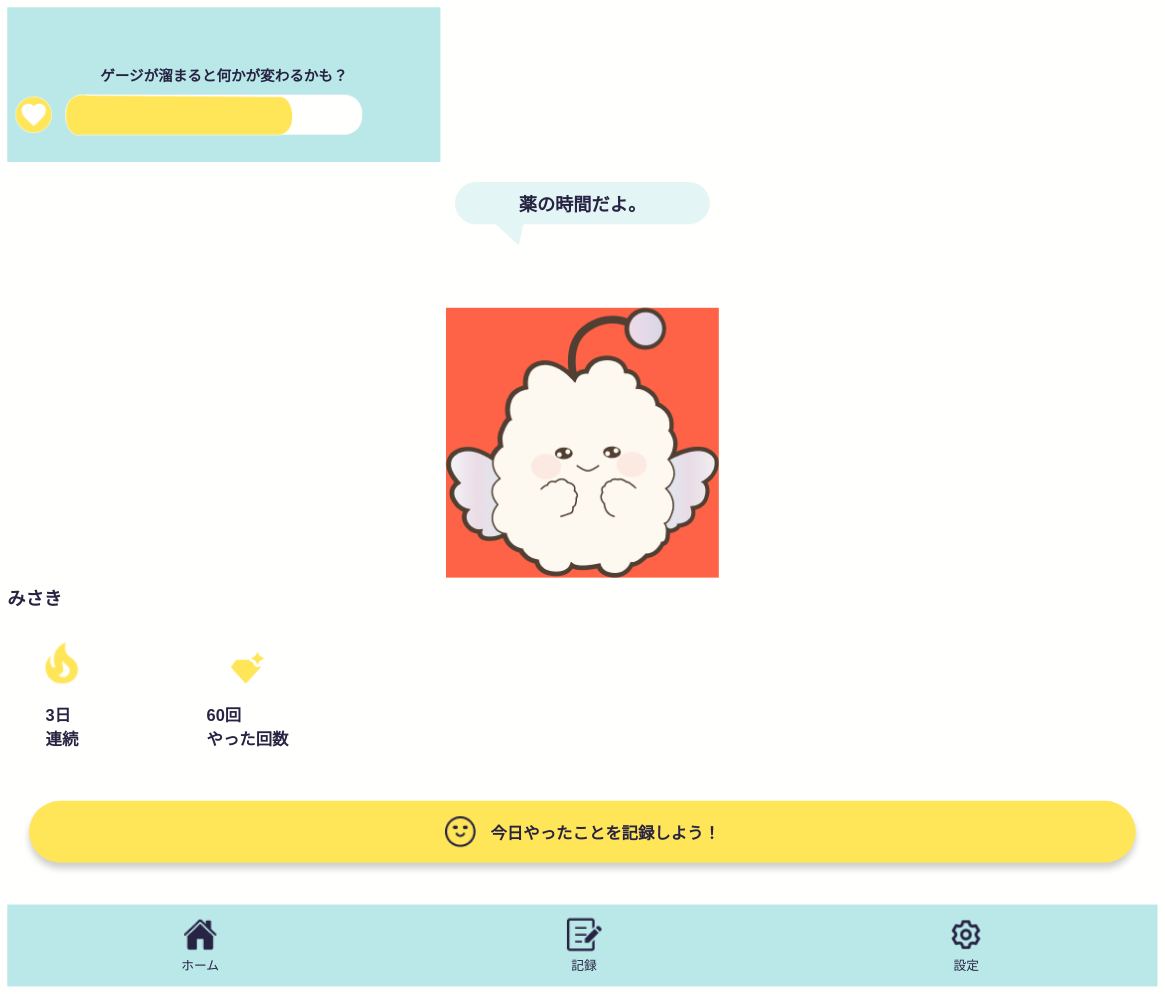
Repository: misaki0919/Self-care
Page: home_page.html
An editor plug-in stored every save of this project. The page is shown before and after the next save, followed by the edit.
The browser window is 1280 px wide. The pictures show the whole page, at 91% of full size.
Some web fonts or font styles are not loaded; a fallback is used.

Above is the page before, as saved 2026-07-20 22:03:19.

After the next save:
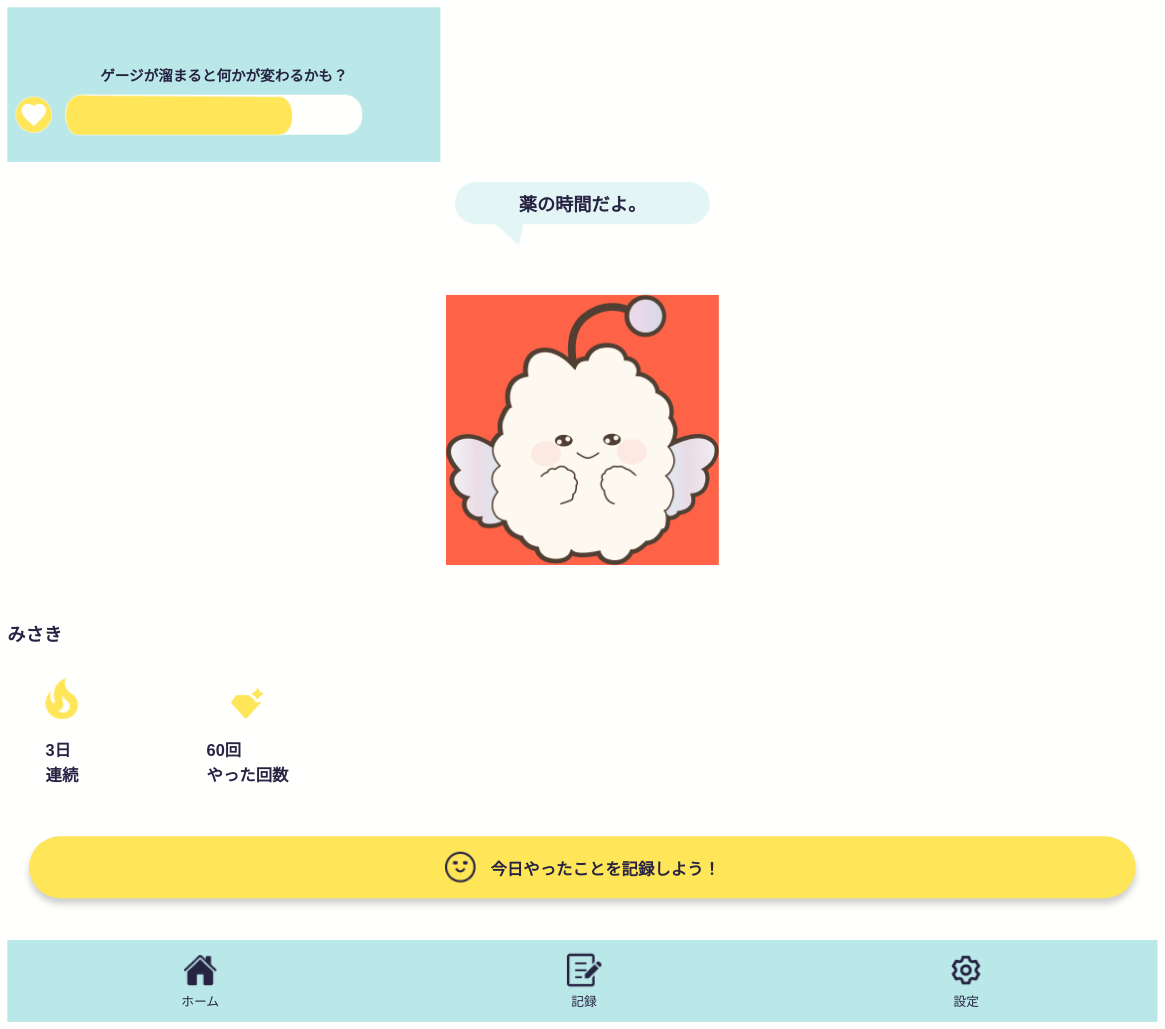
Saved 12 s later.
--- a/css/home_page.css
+++ b/css/home_page.css
@@ -105,7 +105,7 @@ body>img{
     display:block;
     margin:0 auto;
     background-color: tomato;
-    margin-top: 60px;
+    margin-bottom: 60px;
 }
 
 .name{
